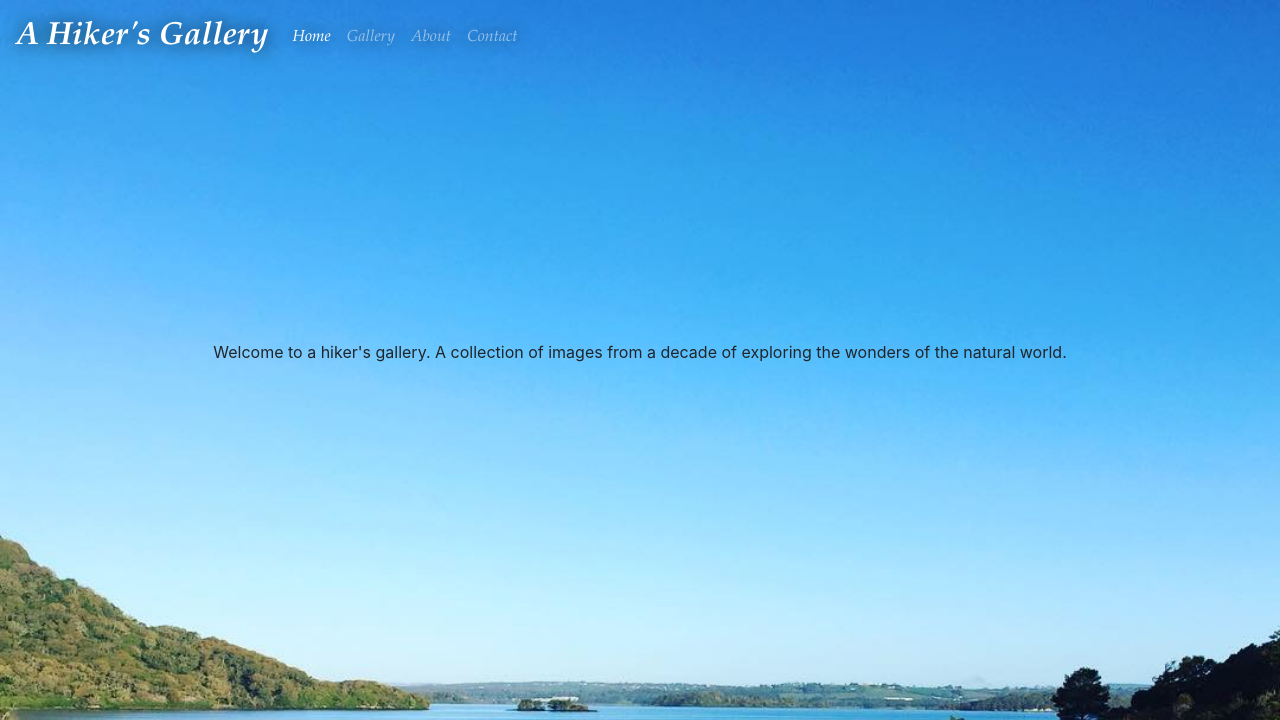
Repository: S-Perring/hiker
Page: index.html
The author's editor kept a record of every edit. The page is drawn from the files as they stood at one moment, then again after the next edit.
The browser window is 1280 px wide. The pictures show the whole page.

Above is the page before.

After the next edit:
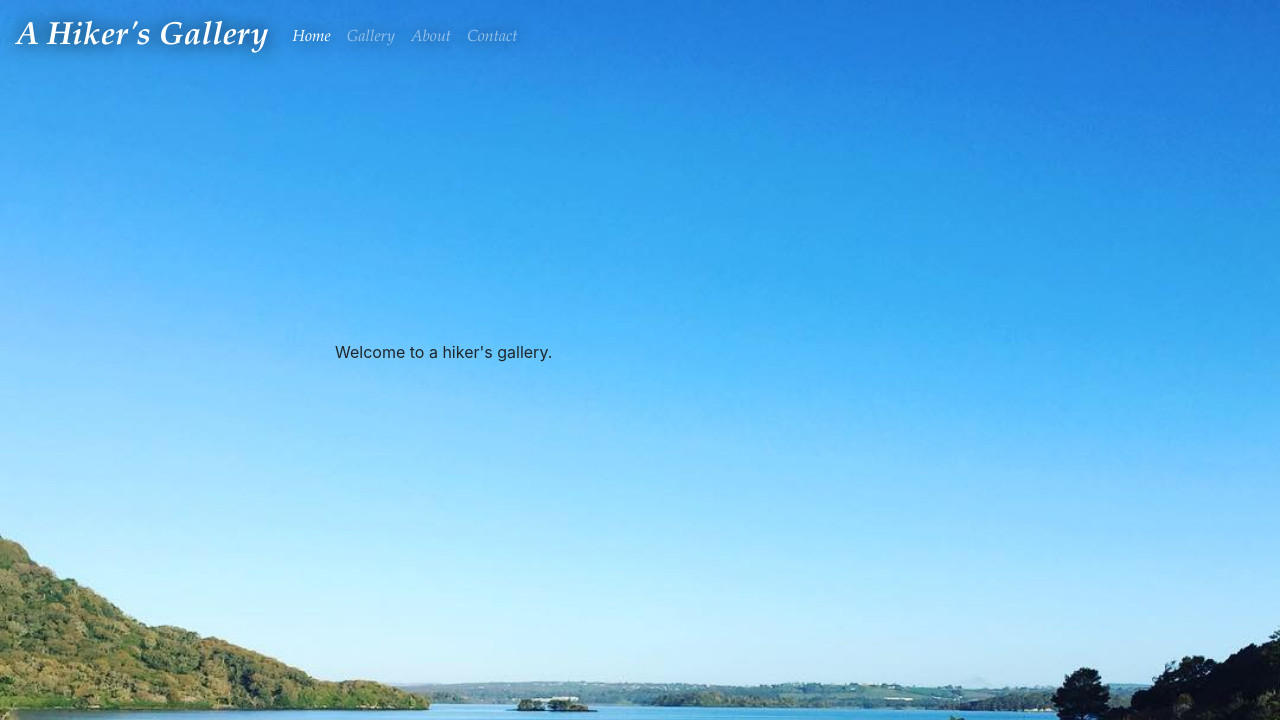
The edit:
--- a/index.html
+++ b/index.html
@@ -50,8 +50,8 @@
 <section>
     <div class="main-pic">
 
-        <div class="Greeting">
-            <p>Welcome to a hiker's gallery. A collection of images from a decade of exploring the wonders of the natural world.</p>
+        <div class=col-6>
+            <p>Welcome to a hiker's gallery.</p>
         </div>
     </div>
 
